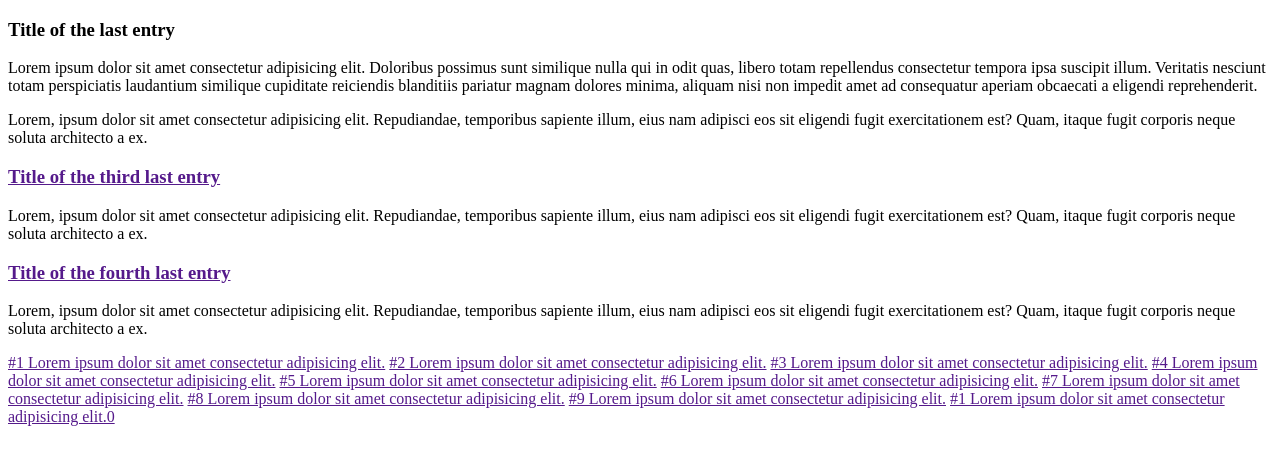
Repository: KikiMcArron/Don_Kiki_McArron
Page: index.html
An editor plug-in stored every save of this project. The page is shown before and after the next save, followed by the edit.
The browser window is 1280 px wide. The pictures show the whole page.

Above is the page before, as saved 2022-04-10 19:25:50.

After the next save:
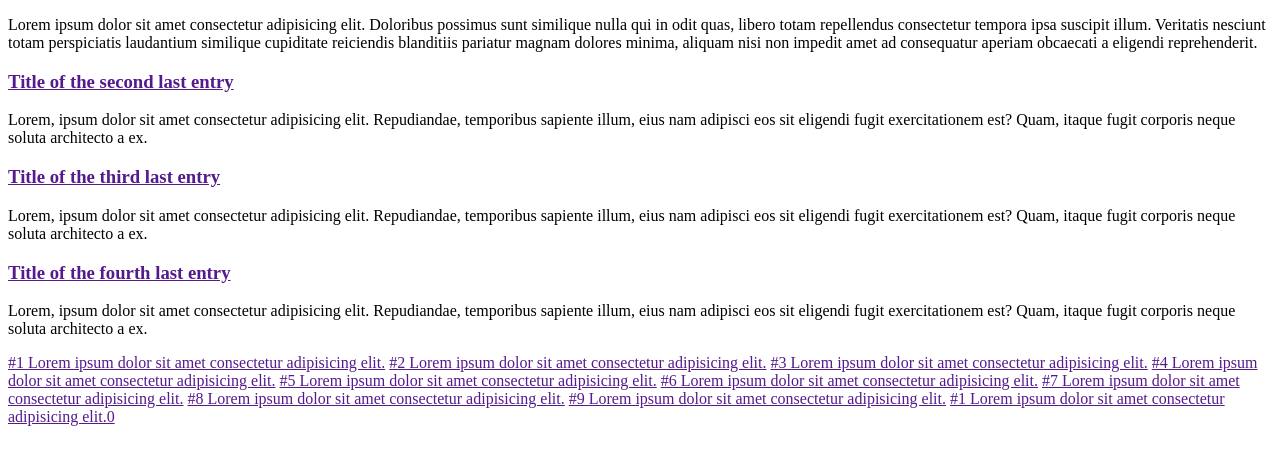
Saved 15 s later.
--- a/index.html
+++ b/index.html
@@ -15,7 +15,7 @@
     <main>
         <section class="last_entrie">
             <article>
-                <h3>Title of the last entry</h3>
+                <a href=""></a>
                 <p>Lorem ipsum dolor sit amet consectetur adipisicing elit. Doloribus possimus sunt similique nulla qui in odit quas, libero totam repellendus consectetur tempora ipsa suscipit illum. Veritatis nesciunt totam
                     perspiciatis laudantium similique cupiditate reiciendis blanditiis pariatur magnam dolores minima,
                     aliquam nisi non impedit amet ad consequatur aperiam obcaecati a eligendi reprehenderit.</p>
@@ -24,7 +24,7 @@
         </section>
         <section class="prev_entries">
             <article>
-                <a href=""></a>
+                <a href=""><h3>Title of the second last entry</h3></a>
                 <p>Lorem, ipsum dolor sit amet consectetur adipisicing elit. Repudiandae, temporibus sapiente illum,
                     eius nam adipisci eos sit eligendi fugit exercitationem est? Quam, itaque fugit corporis neque
                     soluta architecto a ex.</p>
